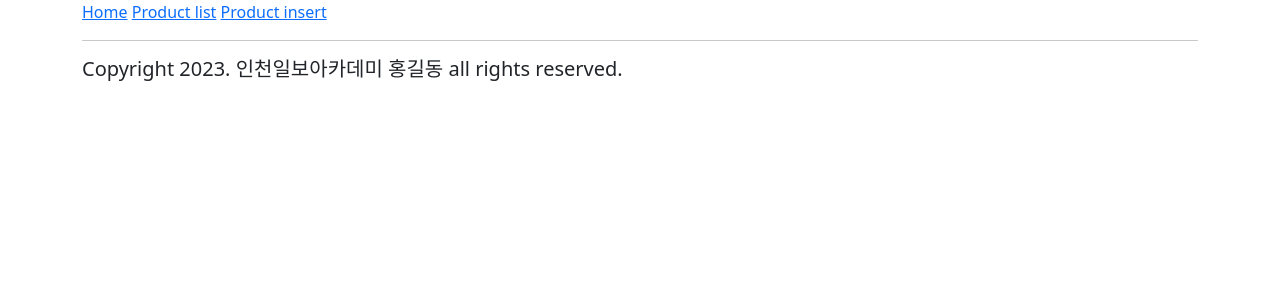
Repository: gwangso/web
Page: http://localhost/ex02/
An editor plug-in stored every save of this project. The page is shown before and after the next save, followed by the edit.
The browser window is 1280 px wide. The pictures show the whole page.
The page is served by Tomcat 9.

Above is the page before, as saved 2023-07-25 00:28:51.

After the next save:
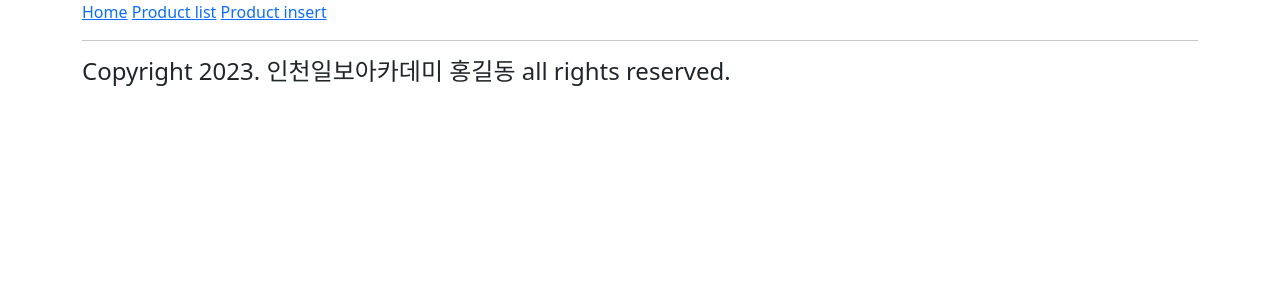
Saved 8 s later.
--- a/ex02/src/main/webapp/footer.jsp
+++ b/ex02/src/main/webapp/footer.jsp
@@ -3,6 +3,6 @@
 
 <div class="row">
 	<div class="col">
-		<h5>Copyright 2023. 인천일보아카데미 홍길동 all rights reserved.</h3><!-- 저작권 표기법 -->
+		<h4>Copyright 2023. 인천일보아카데미 홍길동 all rights reserved.</h3><!-- 저작권 표기법 -->
 	</div>
 </div>

After the save that followed:
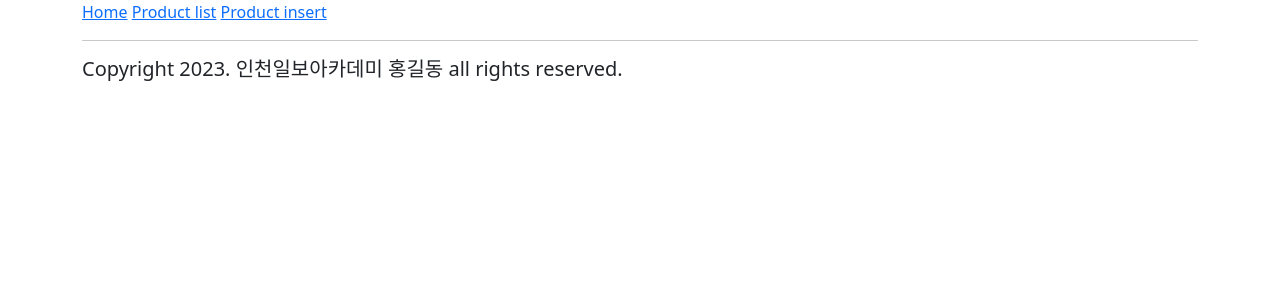
Saved 7 s later.
--- a/ex02/src/main/webapp/footer.jsp
+++ b/ex02/src/main/webapp/footer.jsp
@@ -3,6 +3,6 @@
 
 <div class="row">
 	<div class="col">
-		<h4>Copyright 2023. 인천일보아카데미 홍길동 all rights reserved.</h3><!-- 저작권 표기법 -->
+		<h5>Copyright 2023. 인천일보아카데미 홍길동 all rights reserved.</h5><!-- 저작권 표기법 -->
 	</div>
 </div>
